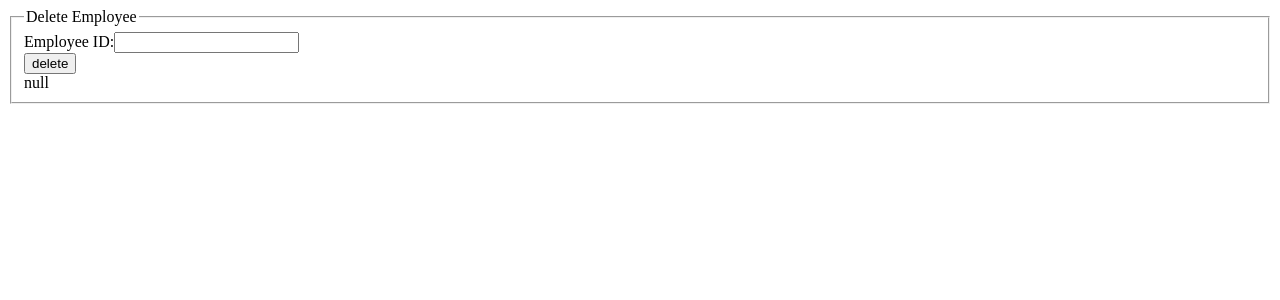
Repository: anishhegde14/TY_CG_HTD_BangaloreNovember_JFS_ANISHHEGDE
Page: http://localhost/mywebapp/deleteEmployeeJsp.jsp
These files come from the project's save history. The page is drawn as it stood at one moment and after the next save; the edit follows.
The browser window is 1280 px wide. The pictures show the whole page.
The page is served by Tomcat 9. Other server files are loaded and not shown.

Above is the page before, as saved 2019-12-18 05:36:22.

### ServletsandSprings/mywebapp/src/main/webapp/deleteEmployeeJsp.jsp
<%@page import="com.capgemini.mywebapp.bean.EmployeeInfoBean"%>
<%@ page language="java" contentType="text/html; charset=ISO-8859-1"
    pageEncoding="ISO-8859-1"%>
    <%@page session="false" %>
    <% EmployeeInfoBean msg=(EmployeeInfoBean)request.getAttribute("msg"); %>
     <%HttpSession session=request.getSession(); %>
<!DOCTYPE html>
<html>
<head>
<meta charset="ISO-8859-1">
<title>Delete Employee</title>
</head>
<body>
<fieldset>
<legend>Delete Employee</legend>
<form action="./deleteEmployeeJsp" method="get">
Employee ID:<input type="number" name="empid" required><br>
<input type="submit" value="delete">

</form>
<%if(session!=null){ %>
<%=msg %>                               <%} %>

</fieldset>
</body>
</html>

After the next save:
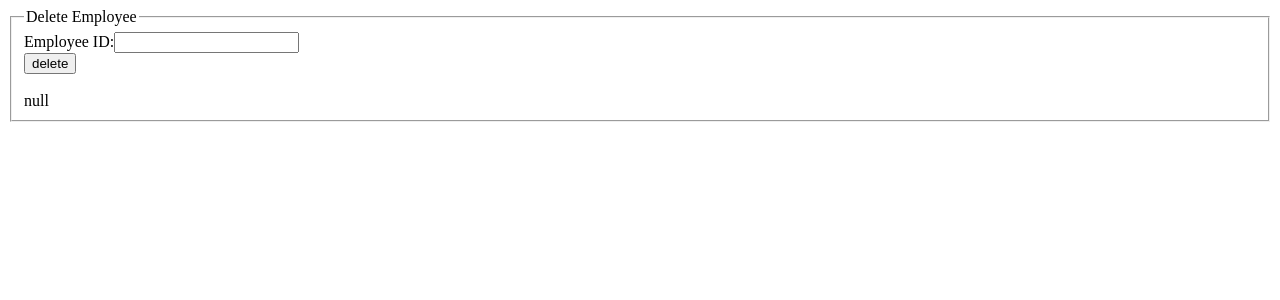
Saved 66 s later.
--- a/ServletsandSprings/mywebapp/src/main/webapp/deleteEmployeeJsp.jsp
+++ b/ServletsandSprings/mywebapp/src/main/webapp/deleteEmployeeJsp.jsp
@@ -19,6 +19,7 @@ Employee ID:<input type="number" name="empid" required><br>
 
 </form>
 <%if(session!=null){ %>
+<h3 style="color:green"></h3>
 <%=msg %>                               <%} %>
 
 </fieldset>
